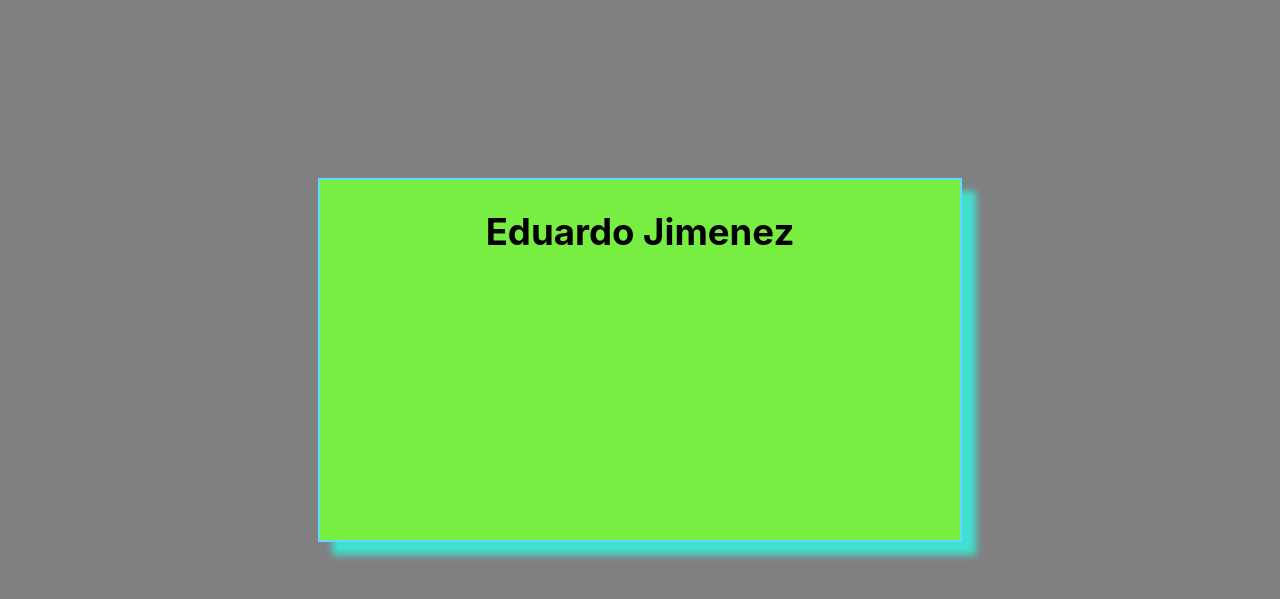
Repository: l8nightswithJS/react-my-portfolio
Page: /
An editor plug-in stored every save of this project. The page is shown before and after the next save, followed by the edit.
The browser window is 1280 px wide. The pictures show the whole page.
The project was rebuilt for these pictures with package versions that can differ from the ones it lists, and the page was loaded fresh each time.

Above is the page before, as saved 2021-04-22 23:55:43.

After the next save:
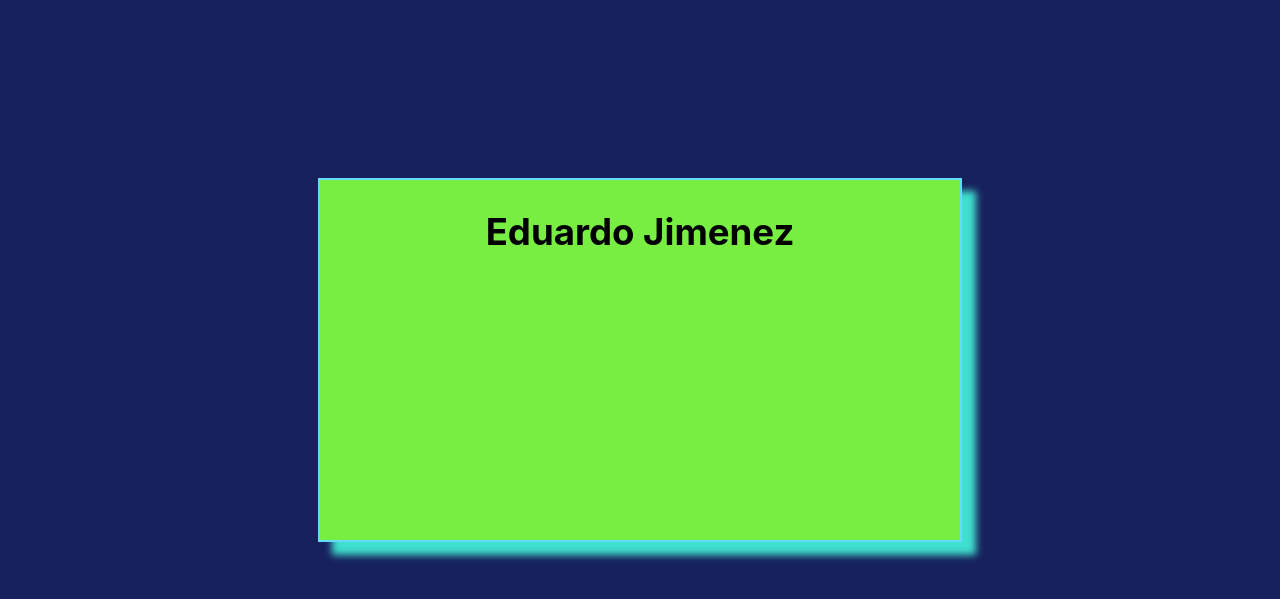
Saved 47 s later.
--- a/src/App.css
+++ b/src/App.css
@@ -2,7 +2,7 @@
   height: 100vh;
   width: 100%;
   text-align: center;
-  background-color: grey;
+  background-color: rgb(23, 33, 92);
 }
 
 section {
